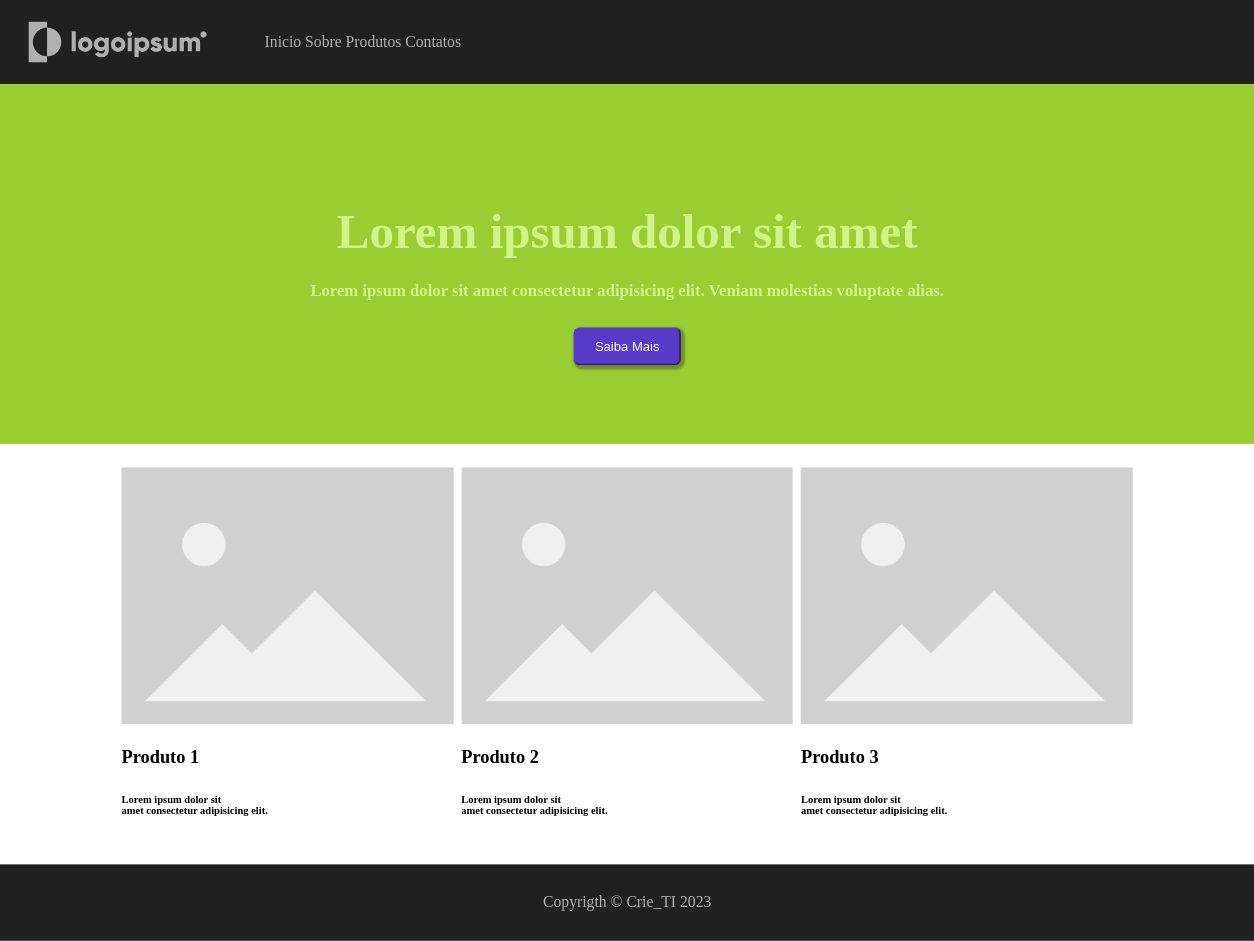
Repository: robsonwssantos/Projeto_Olaria
Page: Exercicios/ex.01/index.html
An editor plug-in stored every save of this project. The page is shown before and after the next save, followed by the edit.
The browser window is 1280 px wide. The pictures show the whole page, at 98% of full size.

Above is the page before, as saved 2023-04-21 13:11:04.

### Exercicios/ex.01/index.html
<!DOCTYPE html>
<html lang="pt-BR">
<head>
    <meta charset="UTF-8">
    <meta http-equiv="X-UA-Compatible" content="IE=edge">
    <meta name="viewport" content="width=device-width, initial-scale=1.0">
    <title>Desafio HTML-CSS</title>

    <style>
        body {
            margin: 0;
        }

        nav {
            color: #B0B0B0;
            background-color: #212121;
        }

        .banner {
            color: #d0f587;
            background-color: #9ACD32;
            text-align: center;
            padding: 80px 80px 80px 80px;
        }

        .banner h1 {
            font-size: 50px;
        }

        .banner h3 {
            font-size: 17px;
            margin-top: -20px;
        }



        .botao {
            color: #fff;
            background-color: #593BCC;
            border-color: #593BCC;
            border-radius: 7px;
            padding: 10px 20px 10px 20px;
            margin-top: 10px;
            box-shadow: 2px 2px 2px 2px rgba(19, 18, 18, 0.315);
        }


        header {
            display: flex;
            align-items: center;
            background-color:#212121;
            padding-left: 20px;
            padding-right: 20px;
            box-sizing: border-box;
            color: #B0B0B0;;
          /*  width: 100%;
            position: absolute;
            position: fixed;
            top: 0; */
        }

        header img {
            width: 200px;
            margin-right: 50px;
        }

        header a {
            text-decoration: none;
            color: #B0B0B0;
        }

        a:hover {
            color: #ffffff;
        }


        .container {
            margin: 20px 120px 20px 120px;
            display: flex;
            border-top: none;
            padding-top: 0;
        }

        .container img {
            width: 100%;

        }

        .colum {
            flex: 1; /*distribui as 3 divs dentro do conteiner com larguras iguais*/
            margin: 4px; /*coloca uma margem entre elas*/
            text-align: left;
        }


        footer {
            text-align: center;
            padding-top: 30px;
            padding-bottom: 30px;
            color:#B0B0B0;
            background-color:#212121;

        }

    </style>

</head>
<body>
    <header>

        <img src="logo.png" alt="">
        <nav>
            <a href="">Inicio</a>
            <a href="">Sobre</a>
            <a href="">Produtos</a>
            <a href="">Contatos</a>
        </nav>

    </header>
   <main>
        <section class="banner">
            <div>
                <h1>Lorem ipsum dolor sit amet</h1>
                <h3>Lorem ipsum dolor sit amet consectetur adipisicing elit. Veniam molestias voluptate alias.</h3>
                <button class="botao">Saiba Mais</button>
            </div>
        </section>

        <section class="container" class="row">
            <div class="colum">
                <img src="placeholder.png" alt="">
                <h3>Produto 1</h3>
                <h6>
                    Lorem ipsum dolor sit<br>
                    amet consectetur adipisicing elit.
                </h6>
            </div>
            <div class="colum">
                <img src="placeholder.png" alt="">
                <h3>Produto 2</h3>
                <h6>
                    Lorem ipsum dolor sit<br>
                    amet consectetur adipisicing elit.
                </h6>
            </div>
            <div class="colum">
                <img src="placeholder.png" alt="">
                <h3>Produto 3</h3>
                <h6>
                    Lorem ipsum dolor sit<br>
                    amet consectetur adipisicing elit.
                </h6>
            </div>
        </section>
   </main>

    <footer>
        Copyrigth © Crie_TI 2023
    </footer>
</body>
</html>

After the next save:
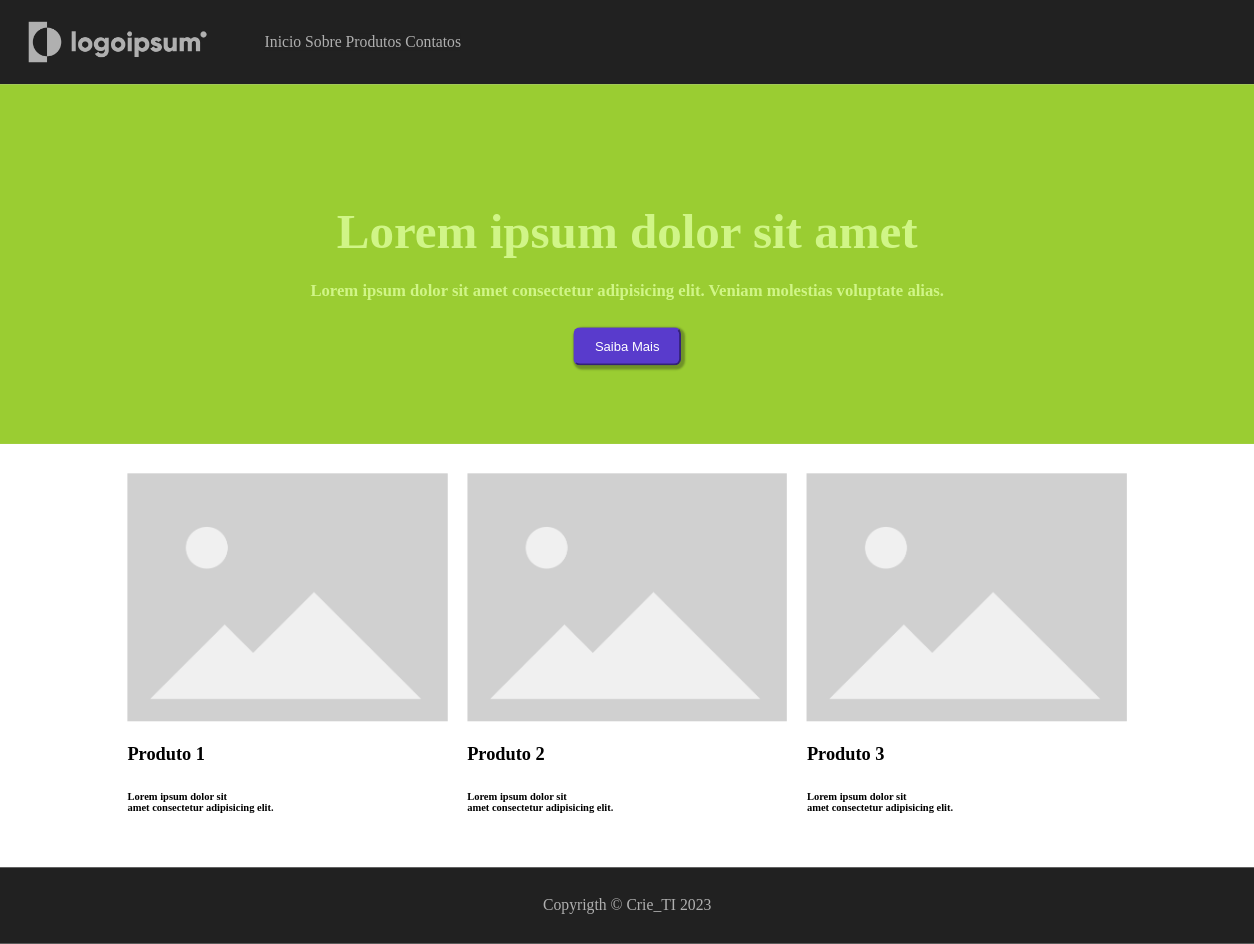
Saved 14 s later.
--- a/Exercicios/ex.01/index.html
+++ b/Exercicios/ex.01/index.html
@@ -88,7 +88,7 @@
 
         .colum {
             flex: 1; /*distribui as 3 divs dentro do conteiner com larguras iguais*/
-            margin: 4px; /*coloca uma margem entre elas*/
+            margin: 10px; /*coloca uma margem entre elas*/
             text-align: left;
         }
 
